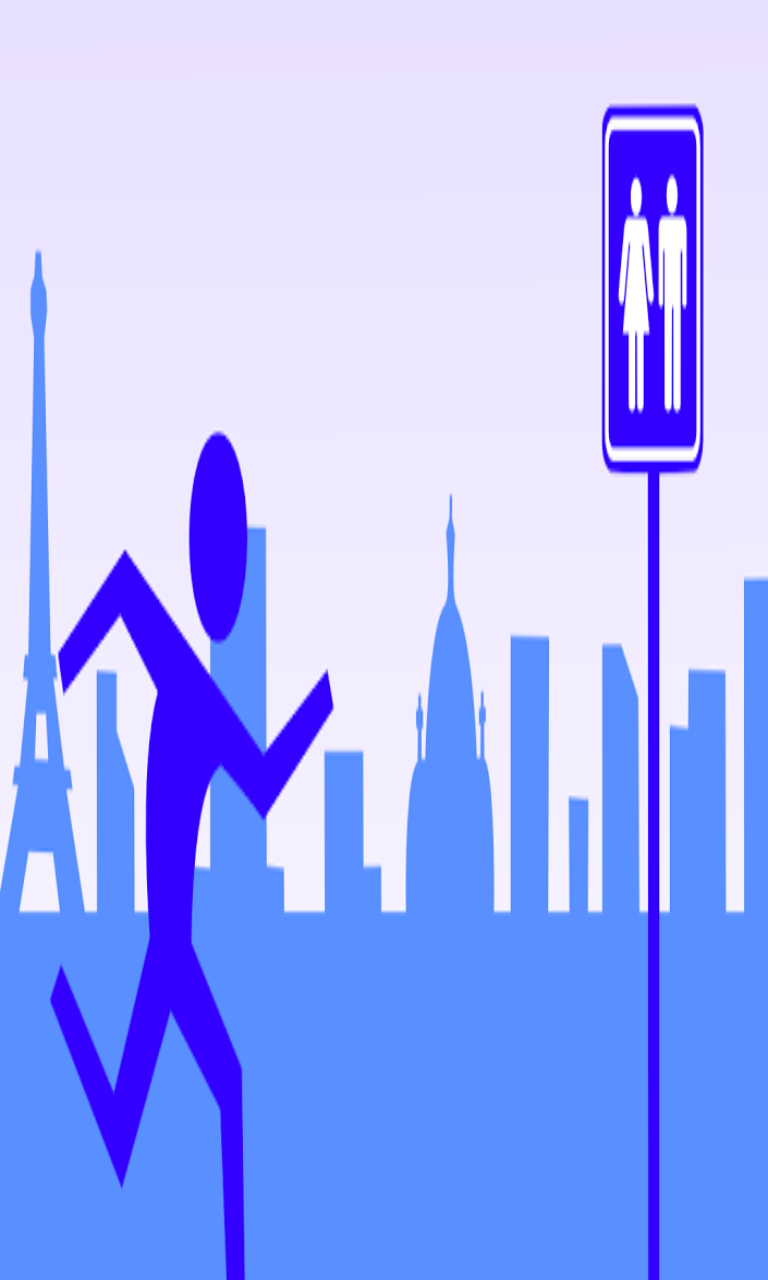
Repository: SarahDowlath/DebraGotToGo
Layout: GottahGo!/res/layout/splash.xml
The author's editor kept a copy of each file at every save. The layout is drawn from the files as they stood at one save, then again after the next save.
It is drawn on a 768 x 1280 px phone screen (xhdpi) without system bars, with theme AppTheme; the app's code is not run.

Above is the layout before, as saved 2014-07-08 18:46:39.

After the next save:
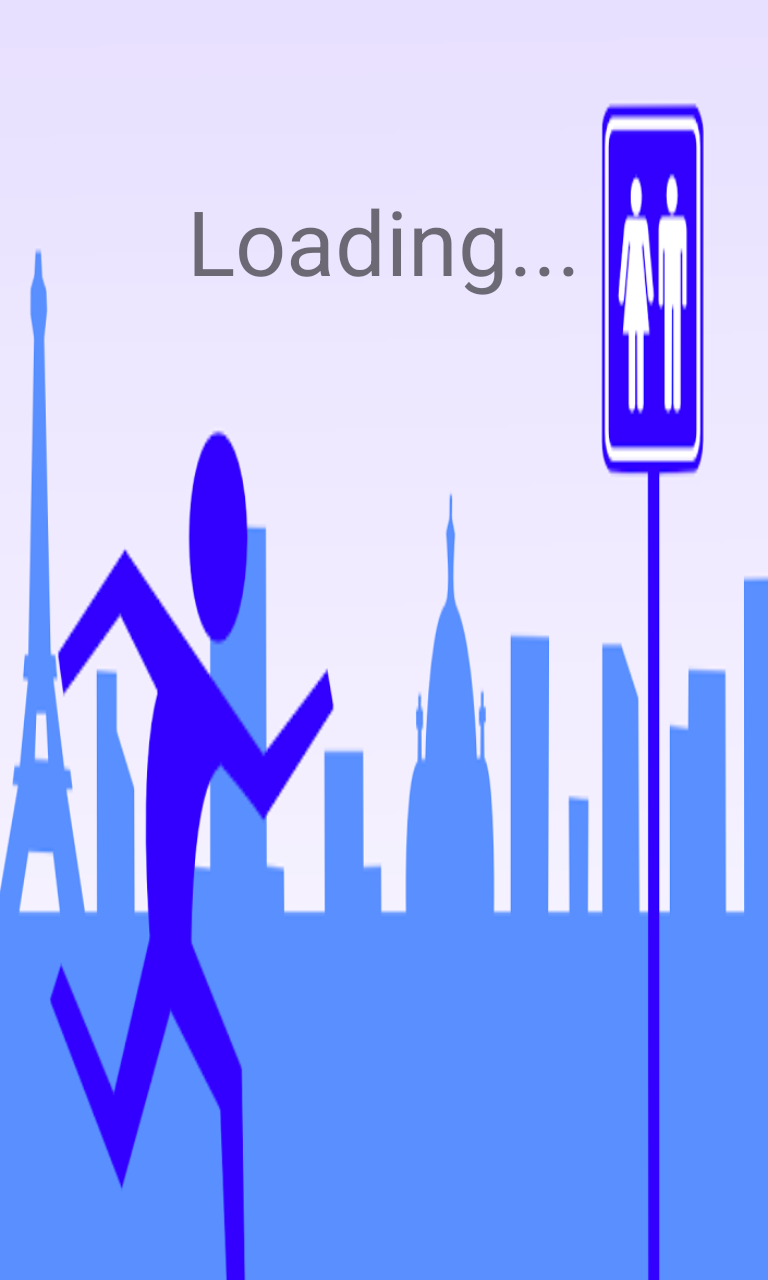
Saved 83 s later.
--- a/GottahGo!/res/layout/splash.xml
+++ b/GottahGo!/res/layout/splash.xml
@@ -1,9 +1,19 @@
 <?xml version="1.0" encoding="utf-8"?>
-<LinearLayout xmlns:android="http://schemas.android.com/apk/res/android"
+<RelativeLayout xmlns:android="http://schemas.android.com/apk/res/android"
     android:layout_width="match_parent"
     android:layout_height="match_parent"
     android:orientation="vertical"
     android:background="@drawable/splash" >
 
+     <TextView
+         android:id="@+id/textView2"
+         android:layout_width="fill_parent"
+         android:layout_height="wrap_content"
+         android:layout_alignParentLeft="true"
+         android:layout_alignParentTop="true"
+         android:layout_marginTop="90dp"
+         android:gravity="center"
+         android:text="@string/loading"
+         android:textSize="45sp" />
 
-</LinearLayout>
+</RelativeLayout>
